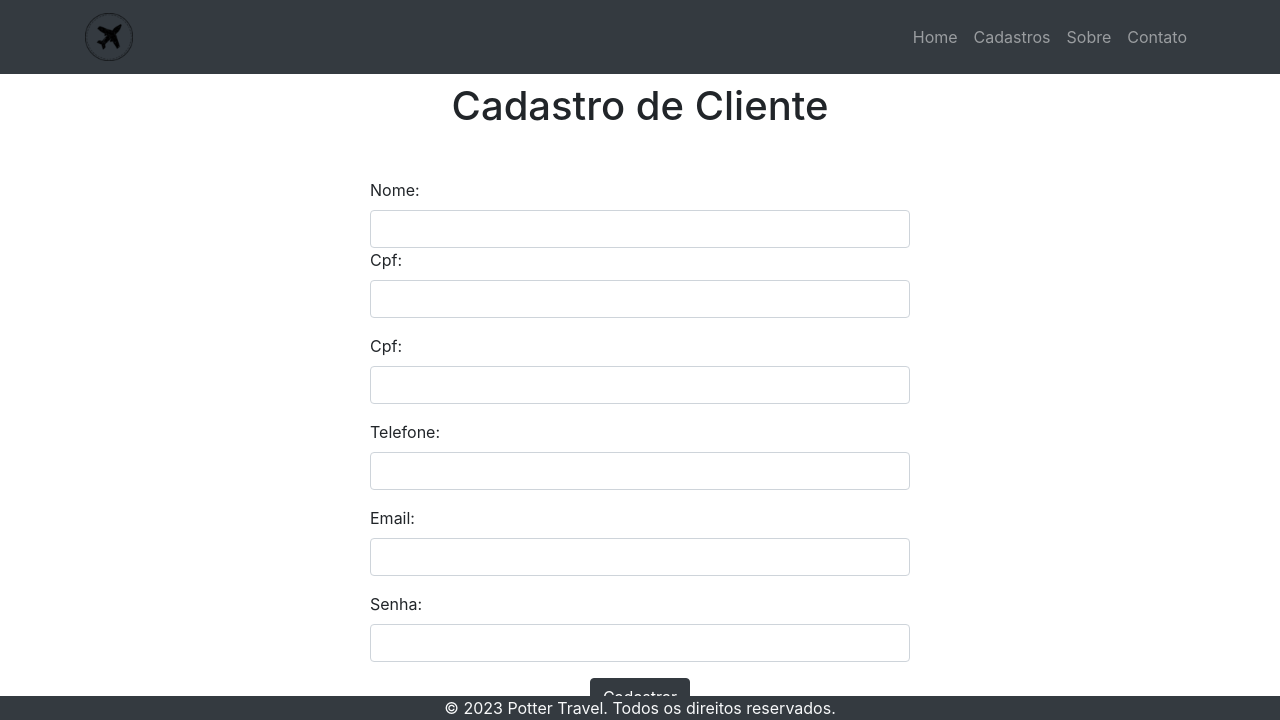
Repository: marcelledssantos/PotterTravel-MVC
Page: http://localhost/PotterTravel-MVC/cadastro.jsp
The author's editor kept a copy of each file at every save. The page is drawn from the files as they stood at one save, then again after the next save.
The browser window is 1280 px wide. The pictures show the whole page.
Some web libraries are served in a nearby version. The page is served by Tomcat 9.

Above is the page before, as saved 2023-11-02 23:51:18.

After the next save:
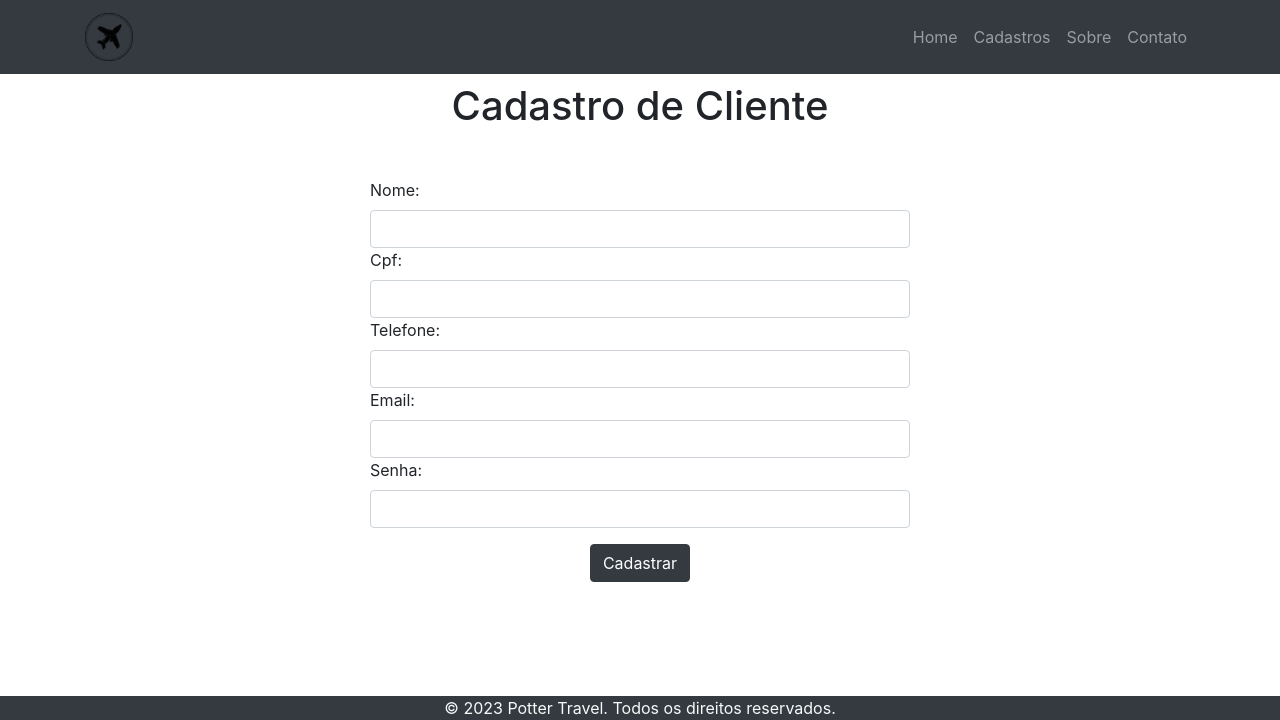
Saved 95 s later.
--- a/PotterTravel-MVC/src/main/webapp/cadastro.jsp
+++ b/PotterTravel-MVC/src/main/webapp/cadastro.jsp
@@ -46,22 +46,11 @@
 							class="form-control" id="nome" name="nome" required>
 								<label for="nome">Cpf:</label> <input type="text"
 							class="form-control" id="cpf" name="cpf" required>
-					</div>
-					<div class="form-group">
-						<label for="nome">Cpf:</label> <input type="text"
-							class="form-control" id="cpf" name="cpf" required>
-					</div>
-					<div class="form-group">
-						<label for="nome">Telefone:</label> <input type="text"
+							<label for="nome">Telefone:</label> <input type="text"
 							class="form-control" id="telefone" name="telefone" required>
-					</div>
-
-					<div class="form-group">
-						<label for="login">Email:</label> <input type="email"
+							<label for="login">Email:</label> <input type="email"
 							class="form-control" id="email" name="email" required>
-					</div>
-					<div class="form-group">
-						<label for="senha">Senha:</label> <input type="password"
+							<label for="senha">Senha:</label> <input type="password"
 							class="form-control" id="senha" name="senha" required>
 					</div>
 					<div class="col-12 text-center">
